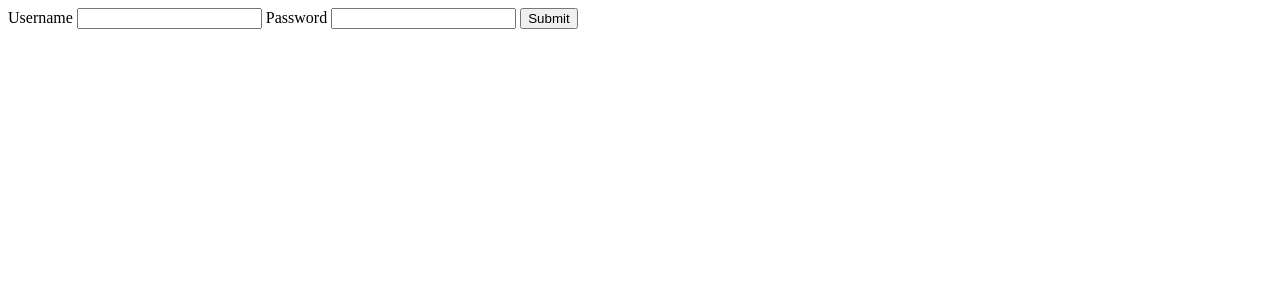
Repository: harshithkandula/Myfirstpractice
Page: SessionTrackingDemo/src/main/webapp/login.html
An editor plug-in stored every save of this project. The page is shown before and after the next save, followed by the edit.
The browser window is 1280 px wide. The pictures show the whole page.

Above is the page before, as saved 2024-02-10 14:54:25.

### SessionTrackingDemo/src/main/webapp/login.html
<!DOCTYPE html>
<html>
<head>
<meta charset="ISO-8859-1">
<title>Login</title>
</head>
<body>
     <form>
          <label>Username</label>
          <input type="text" name="user">
          <label>Password</label>
          <input type="password" name="pwd">
          <input type="submit" name="login">
     </form>
</body>
</html>

After the next save:
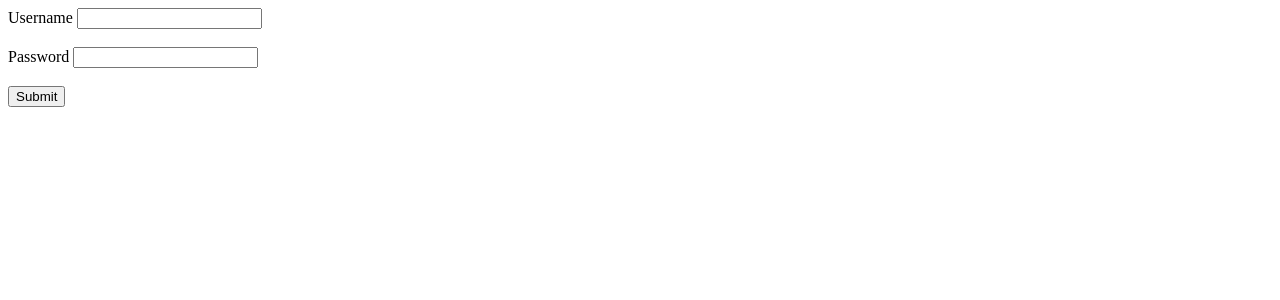
Saved 37 s later.
--- a/SessionTrackingDemo/src/main/webapp/login.html
+++ b/SessionTrackingDemo/src/main/webapp/login.html
@@ -5,11 +5,11 @@
 <title>Login</title>
 </head>
 <body>
-     <form>
+     <form action="login" action="post">
           <label>Username</label>
-          <input type="text" name="user">
+          <input type="text" name="user"><br><br>
           <label>Password</label>
-          <input type="password" name="pwd">
+          <input type="password" name="pwd"><br><br>
           <input type="submit" name="login">
      </form>
 </body>
